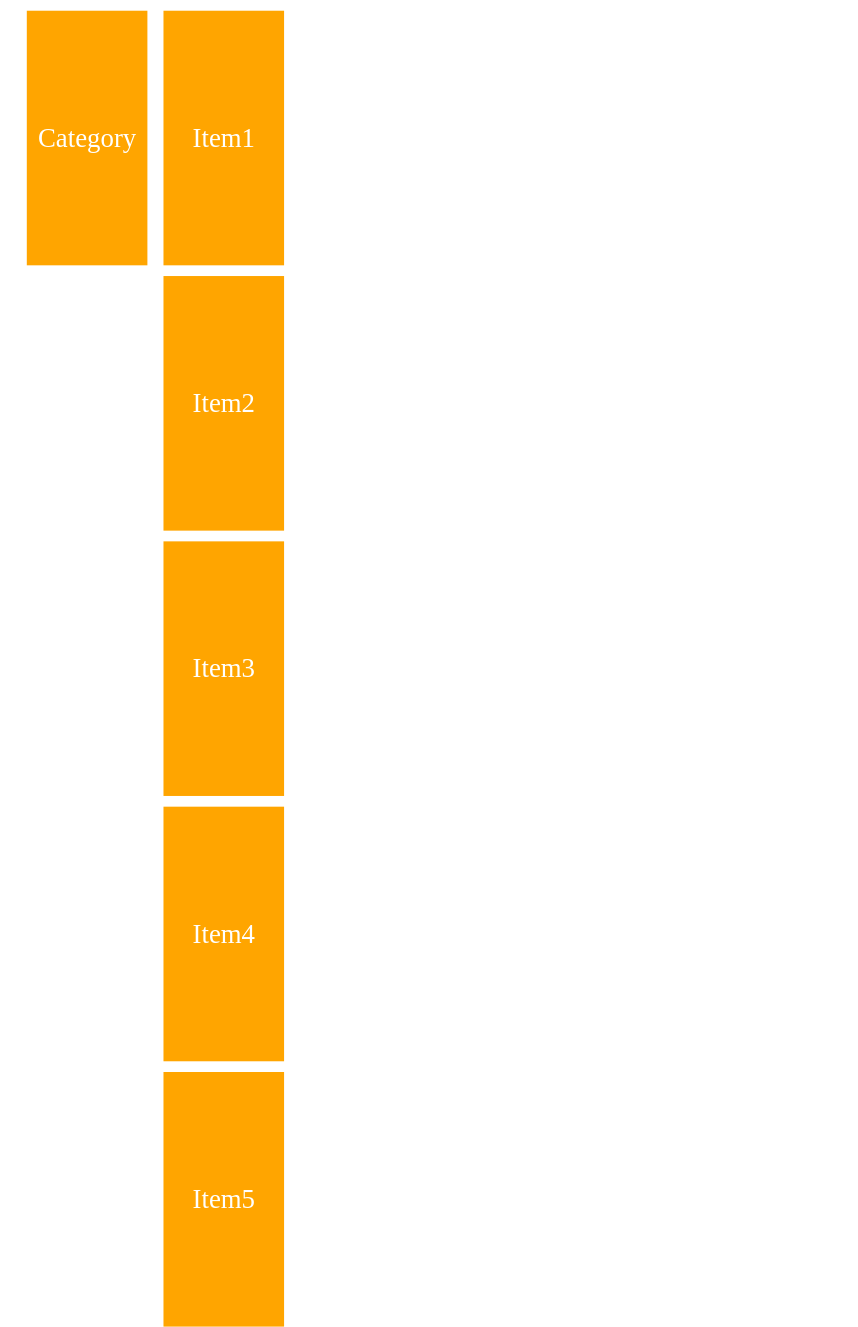
Repository: Huy48552/Grid-base
Page: layout2.html
An editor plug-in stored every save of this project. The page is shown before and after the next save, followed by the edit.
The browser window is 1280 px wide. The pictures show the whole page, at 67% of full size.

Above is the page before, as saved 2021-08-23 15:09:24.

### layout2.html
<!DOCTYPE html>
<html lang="en">
<head>
    <meta charset="UTF-8">
    <meta http-equiv="X-UA-Compatible" content="IE=edge">
    <meta name="viewport" content="width=device-width, initial-scale=1.0">
    <link rel="stylesheet" href="./base.css">
    <link rel="stylesheet" href="style.css">
    <title>Document</title>
</head>
<body>
    <div class="grid wide">
        <div class="row">
            <div class="col l-2">
                <div class="item">Category</div>
            </div>

            <div class="col l-10">
                <div class="row">
                    <div class="col l-2-4">

                        <div class="item">Item1</div>
                        <div class="item">Item2</div>
                        <div class="item">Item3</div>
                        <div class="item">Item4</div>
                        <div class="item">Item5</div>
                    </div>
                </div>
            </div>
        </div>
    </div>
</body>
</html>

### base.css
.grid {
    width: 100%;
    display: block;
    padding: 0;
}

.grid.wide {
    max-width: 1200px;
    margin: 0 auto;
}

.row {
    display: flex;
    flex-wrap: wrap;
    margin-left: -4px;
    margin-right: -4px;
}

.row.no-gutters {
    margin-left: 0;
    margin-right: 0;
}

.col {
    padding-left: 4px;
    padding-right: 4px;
}

.row.no-gutters .col {
    padding-left: 0;
    padding-right: 0;
}

.c-0 {
    display: none;
}

.c-1 {
    flex: 0 0 8.33333%;
    max-width: 8.33333%;
}

.c-2 {
    flex: 0 0 16.66667%;
    max-width: 16.66667%;
}

.c-3 {
    flex: 0 0 25%;
    max-width: 25%;
}

.c-4 {
    flex: 0 0 33.33333%;
    max-width: 33.33333%;
}

.c-5 {
    flex: 0 0 41.66667%;
    max-width: 41.66667%;
}

.c-6 {
    flex: 0 0 50%;
    max-width: 50%;
}

.c-7 {
    flex: 0 0 58.33333%;
    max-width: 58.33333%;
}

.c-8 {
    flex: 0 0 66.66667%;
    max-width: 66.66667%;
}

.c-9 {
    flex: 0 0 75%;
    max-width: 75%;
}

.c-10 {
    flex: 0 0 83.33333%;
    max-width: 83.33333%;
}

.c-11 {
    flex: 0 0 91.66667%;
    max-width: 91.66667%;
}

.c-12 {
    flex: 0 0 100%;
    max-width: 100%;
}

.c-o-1 {
    margin-left: 8.33333%;
}

.c-o-2 {
    margin-left: 16.66667%;
}

.c-o-3 {
    margin-left: 25%;
}

.c-o-4 {
    margin-left: 33.33333%;
}

.c-o-5 {
    margin-left: 41.66667%;
}

.c-o-6 {
    margin-left: 50%;
}

.c-o-7 {
    margin-left: 58.33333%;
}

.c-o-8 {
    margin-left: 66.66667%;
}

.c-o-9 {
    margin-left: 75%;
}

.c-o-10 {
    margin-left: 83.33333%;
}

.c-o-11 {
    margin-left: 91.66667%;
}

/* >= Tablet */
@media (min-width: 740px) {
    .row {
        margin-left: -8px;
        margin-right: -8px;
    }

    .col {
        padding-left: 8px;
        padding-right: 8px;
    }

    .m-0 {
        display: none;
    }

    .m-1,
    .m-2,
    .m-3,
    .m-4,
    .m-5,
    .m-6,
    .m-7,
    .m-8,
    .m-9,
    .m-10,
    .m-11,
    .m-12 {
        display: block;
    }

    .m-1 {
        flex: 0 0 8.33333%;
        max-width: 8.33333%;
    }

    .m-2 {
        flex: 0 0 16.66667%;
        max-width: 16.66667%;
    }

    .m-3 {
        flex: 0 0 25%;
        max-width: 25%;
    }

    .m-4 {
        flex: 0 0 33.33333%;
        max-width: 33.33333%;
    }

    .m-5 {
        flex: 0 0 41.66667%;
        max-width: 41.66667%;
    }

    .m-6 {
        flex: 0 0 50%;
        max-width: 50%;
    }

    .m-7 {
        flex: 0 0 58.33333%;
        max-width: 58.33333%;
    }

    .m-8 {
        flex: 0 0 66.66667%;
        max-width: 66.66667%;
    }

    .m-9 {
        flex: 0 0 75%;
        max-width: 75%;
    }

    .m-10 {
        flex: 0 0 83.33333%;
        max-width: 83.33333%;
    }

    .m-11 {
        flex: 0 0 91.66667%;
        max-width: 91.66667%;
    }

    .m-12 {
        flex: 0 0 100%;
        max-width: 100%;
    }

    .m-o-1 {
        margin-left: 8.33333%;
    }

    .m-o-2 {
        margin-left: 16.66667%;
    }

    .m-o-3 {
        margin-left: 25%;
    }

    .m-o-4 {
        margin-left: 33.33333%;
    }

    .m-o-5 {
        margin-left: 41.66667%;
    }

    .m-o-6 {
        margin-left: 50%;
    }

    .m-o-7 {
        margin-left: 58.33333%;
    }

    .m-o-8 {
        margin-left: 66.66667%;
    }

    .m-o-9 {
        margin-left: 75%;
    }

    .m-o-10 {
        margin-left: 83.33333%;
    }

    .m-o-11 {
        margin-left: 91.66667%;
    }
}

/* PC medium resolution > */
@media (min-width: 1113px) {
    .row {
        margin-left: -12px;
        margin-right: -12px;
    }

    .row.sm-gutter {
        margin-left: -5px;
        margin-right: -5px;
    }

    .col {
        padding-left: 12px;
        padding-right: 12px;
    }

    .row.sm-gutter .col {
        padding-left: 5px;
        padding-right: 5px;
    }

    .l-0 {
        display: none;
    }

    .l-1,
    .l-2,
    .l-2-4,
    .l-3,
    .l-4,
    .l-5,
    .l-6,
    .l-7,
    .l-8,
    .l-9,
    .l-10,
    .l-11,
    .l-12 {
        display: block;
    }

    .l-1 {
        flex: 0 0 8.33333%;
        max-width: 8.33333%;
    }

    .l-2 {
        flex: 0 0 16.66667%;
        max-width: 16.66667%;
    }

    .l-2-4 {
        flex: 0 0 20%;
        max-width: 20%;
    }

    .l-3 {
        flex: 0 0 25%;
        max-width: 25%;
    }

    .l-4 {
        flex: 0 0 33.33333%;
        max-width: 33.33333%;
    }

    .l-5 {
        flex: 0 0 41.66667%;
        max-width: 41.66667%;
    }

    .l-6 {
        flex: 0 0 50%;
        max-width: 50%;
    }

    .l-7 {
        flex: 0 0 58.33333%;
        max-width: 58.33333%;
    }

    .l-8 {
        flex: 0 0 66.66667%;
        max-width: 66.66667%;
    }

    .l-9 {
        flex: 0 0 75%;
        max-width: 75%;
    }

    .l-10 {
        flex: 0 0 83.33333%;
        max-width: 83.33333%;
    }

    .l-11 {
        flex: 0 0 91.66667%;
        max-width: 91.66667%;
    }

    .l-12 {
        flex: 0 0 100%;
        max-width: 100%;
    }

    .l-o-1 {
        margin-left: 8.33333%;
    }

    .l-o-2 {
        margin-left: 16.66667%;
    }

    .l-o-3 {
        margin-left: 25%;
    }

    .l-o-4 {
        margin-left: 33.33333%;
    }

    .l-o-5 {
        margin-left: 41.66667%;
    }

    .l-o-6 {
        margin-left: 50%;
    }

    .l-o-7 {
        margin-left: 58.33333%;
    }

    .l-o-8 {
        margin-left: 66.66667%;
    }

    .l-o-9 {
        margin-left: 75%;
    }

    .l-o-10 {
        margin-left: 83.33333%;
    }

    .l-o-11 {
        margin-left: 91.66667%;
    }
}

/* Tablet - PC low resolution */
@media (min-width: 740px) and (max-width: 1023px) {
    .wide {
        width: 644px;
    }
}

/* > PC low resolution */
@media (min-width: 1024px) and (max-width: 1239px) {
    .wide {
        width: 984px;
    }

    .wide .row {
        margin-left: -12px;
        margin-right: -12px;
    }

    .wide .row.sm-gutter {
        margin-left: -5px;
        margin-right: -5px;
    }

    .wide .col {
        padding-left: 12px;
        padding-right: 12px;
    }

    .wide .row.sm-gutter .col {
        padding-left: 5px;
        padding-right: 5px;
    }

    .wide .l-0 {
        display: none;
    }

    .wide .l-1,
    .wide .l-2,
    .wide .l-2-4,
    .wide .l-3,
    .wide .l-4,
    .wide .l-5,
    .wide .l-6,
    .wide .l-7,
    .wide .l-8,
    .wide .l-9,
    .wide .l-10,
    .wide .l-11,
    .wide .l-12 {
        display: block;
    }

    .wide .l-1 {
        flex: 0 0 8.33333%;
        max-width: 8.33333%;
    }

    .wide .l-2 {
        flex: 0 0 16.66667%;
        max-width: 16.66667%;
    }

    .wide .l-2-4 {
        flex: 0 0 20%;
        max-width: 20%;
    }

    .wide .l-3 {
        flex: 0 0 25%;
        max-width: 25%;
    }

    .wide .l-4 {
        flex: 0 0 33.33333%;
        max-width: 33.33333%;
    }

    .wide .l-5 {
        flex: 0 0 41.66667%;
        max-width: 41.66667%;
    }

    .wide .l-6 {
        flex: 0 0 50%;
        max-width: 50%;
    }

    .wide .l-7 {
        flex: 0 0 58.33333%;
        max-width: 58.33333%;
    }

    .wide .l-8 {
        flex: 0 0 66.66667%;
        max-width: 66.66667%;
    }

    .wide .l-9 {
        flex: 0 0 75%;
        max-width: 75%;
    }

    .wide .l-10 {
        flex: 0 0 83.33333%;
        max-width: 83.33333%;
    }

    .wide .l-11 {
        flex: 0 0 91.66667%;
        max-width: 91.66667%;
    }

    .wide .l-12 {
        flex: 0 0 100%;
        max-width: 100%;
    }

    .wide .l-o-1 {
        margin-left: 8.33333%;
    }

    .wide .l-o-2 {
        margin-left: 16.66667%;
    }

    .wide .l-o-3 {
        margin-left: 25%;
    }

    .wide .l-o-4 {
        margin-left: 33.33333%;
    }

    .wide .l-o-5 {
        margin-left: 41.66667%;
    }

    .wide .l-o-6 {
        margin-left: 50%;
    }

    .wide .l-o-7 {
        margin-left: 58.33333%;
    }

    .wide .l-o-8 {
        margin-left: 66.66667%;
    }

    .wide .l-o-9 {
        margin-left: 75%;
    }

    .wide .l-o-10 {
        margin-left: 83.33333%;
    }

    .wide .l-o-11 {
        margin-left: 91.66667%;
    }
}

### style.css
* {
    padding: 0;
    margin: 0;
    box-sizing: border-box;
}

.item {
    margin-top: 16px;
    font-size: 40px;
    color: #fff;
    text-align: center;
    min-height: 380px;
    line-height: 380px;
    background-color: orange;
}

After the next save:
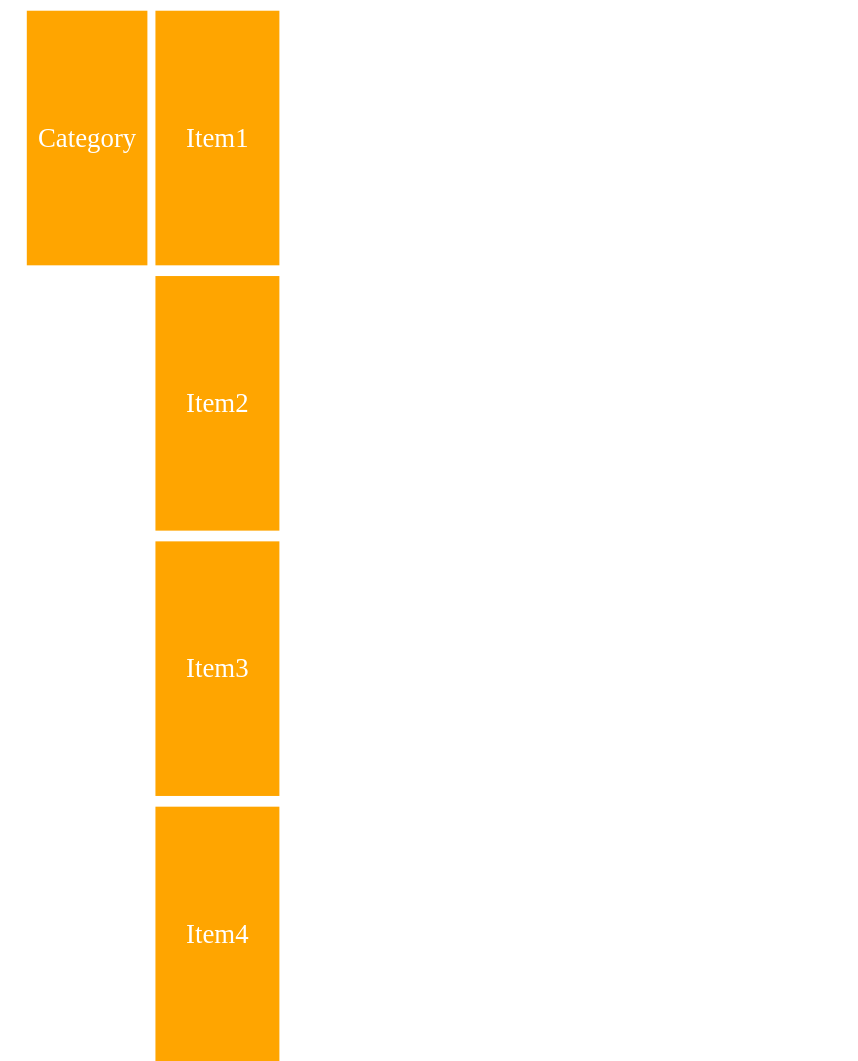
Saved 42 s later.
--- a/layout2.html
+++ b/layout2.html
@@ -15,15 +15,14 @@
                 <div class="item">Category</div>
             </div>
 
-            <div class="col l-10">
+            <div class="icol l-10">
                 <div class="row">
                     <div class="col l-2-4">
-
                         <div class="item">Item1</div>
                         <div class="item">Item2</div>
                         <div class="item">Item3</div>
                         <div class="item">Item4</div>
-                        <div class="item">Item5</div>
+                        <!-- <div class="item">Item5</div> -->
                     </div>
                 </div>
             </div>
